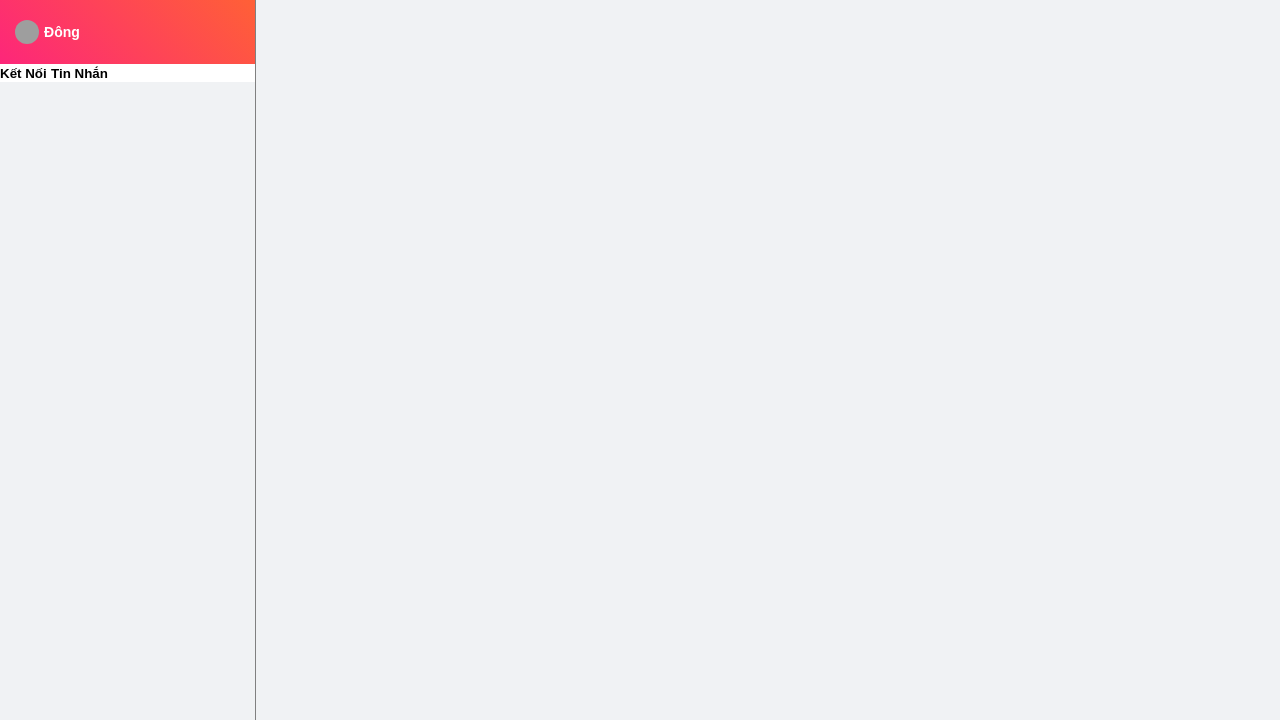
Repository: conquy2002/T2009A
Page: Project RobinTinder/website/index.html
The author's editor kept a copy of each file at every save. The page is drawn from the files as they stood at one save, then again after the next save.
The browser window is 1280 px wide. The pictures show the whole page.
Pictures or frames that could not be fetched are drawn as grey boxes.

Above is the page before, as saved 2022-01-07 09:00:37.

After the next save:
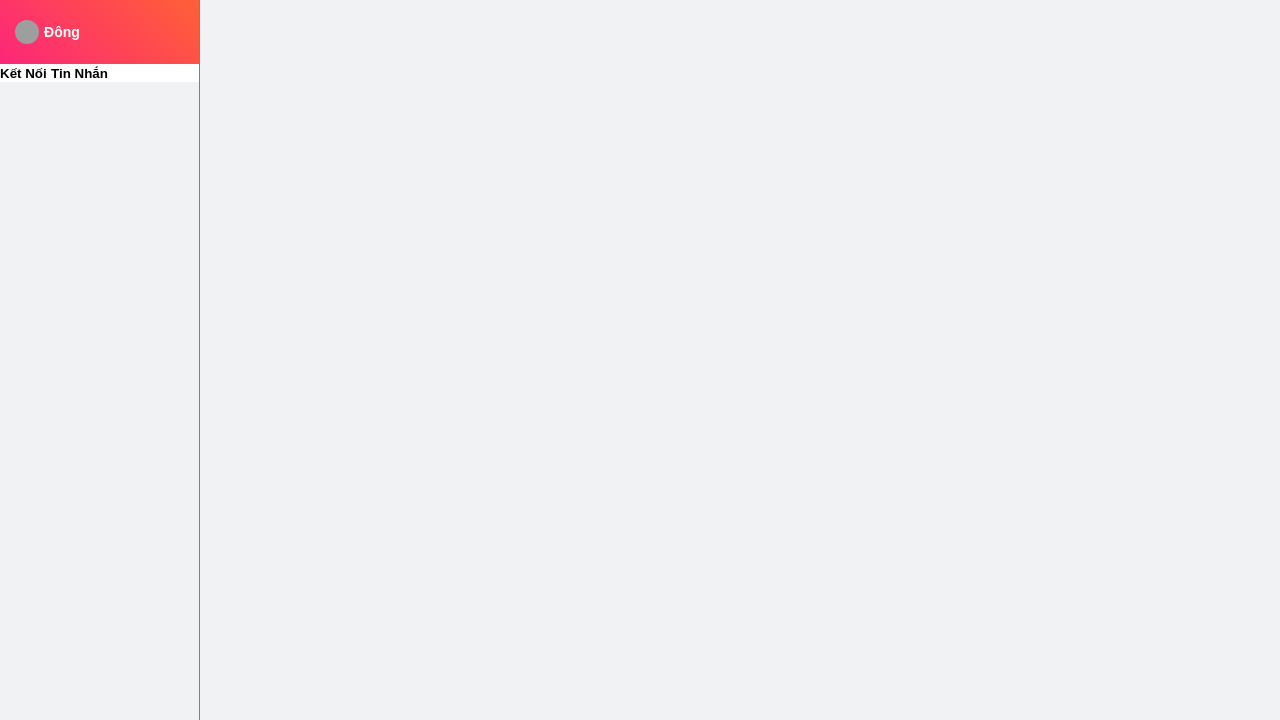
Saved 24 s later.
--- a/Project RobinTinder/website/css/style.css
+++ b/Project RobinTinder/website/css/style.css
@@ -16,7 +16,7 @@
     display: flex;
 }
 .nav{
-    flex-basis: 20%;
+    flex-basis: 200px;
     height: 100%;
     border-right: .1px solid gray;
 }
